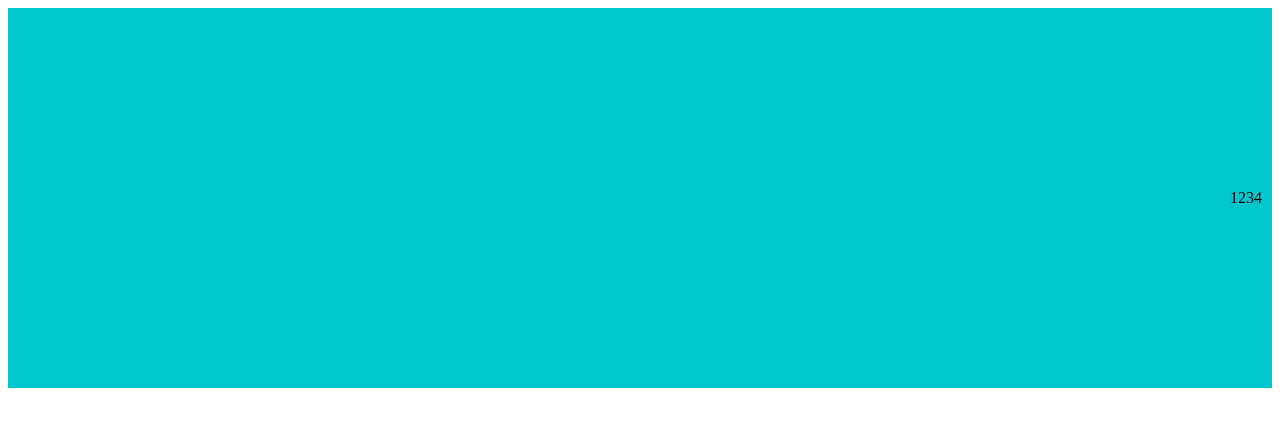
Repository: kiruha313/DWC
Page: flex/flex.html
The author's editor kept a record of every edit. The page is drawn from the files as they stood at one moment, then again after the next edit.
The browser window is 1280 px wide. The pictures show the whole page.

Above is the page before.

### flex/flex.html
<!DOCTYPE html>
<html lang="ja">
  <head>
    <meta charset="UTF-8" />
    <link rel="stylesheet" href="style.css" />
    <title>flexbox</title>
  </head>
  <body>
    <div class="flex">
      <div>1</div>
      <div>2</div>
      <div>3</div>
      <div>4</div>
    </div>
  </body>
</html>

### flex/style.css
.flex {
  background-color: #00c7ce;
  height: 50vh;
  padding: 10px;
  display: flex;
  justify-content: flex-end;
  align-items: center;



.flex > div {
  background-color: #fff;
  margin: 10px 40px 40px 10px;
  padding: 40px 60px 40px 60px;
  font-size: 40px;
}

After the next edit:
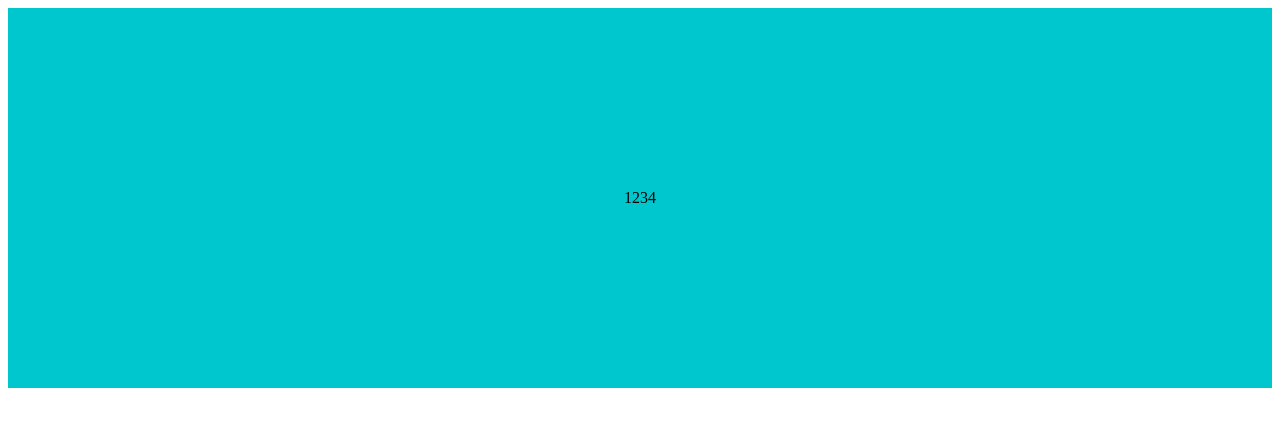
The edit:
--- a/flex/style.css
+++ b/flex/style.css
@@ -3,7 +3,7 @@
   height: 50vh;
   padding: 10px;
   display: flex;
-  justify-content: flex-end;
+  justify-content: center;
   align-items: center;
 
 
